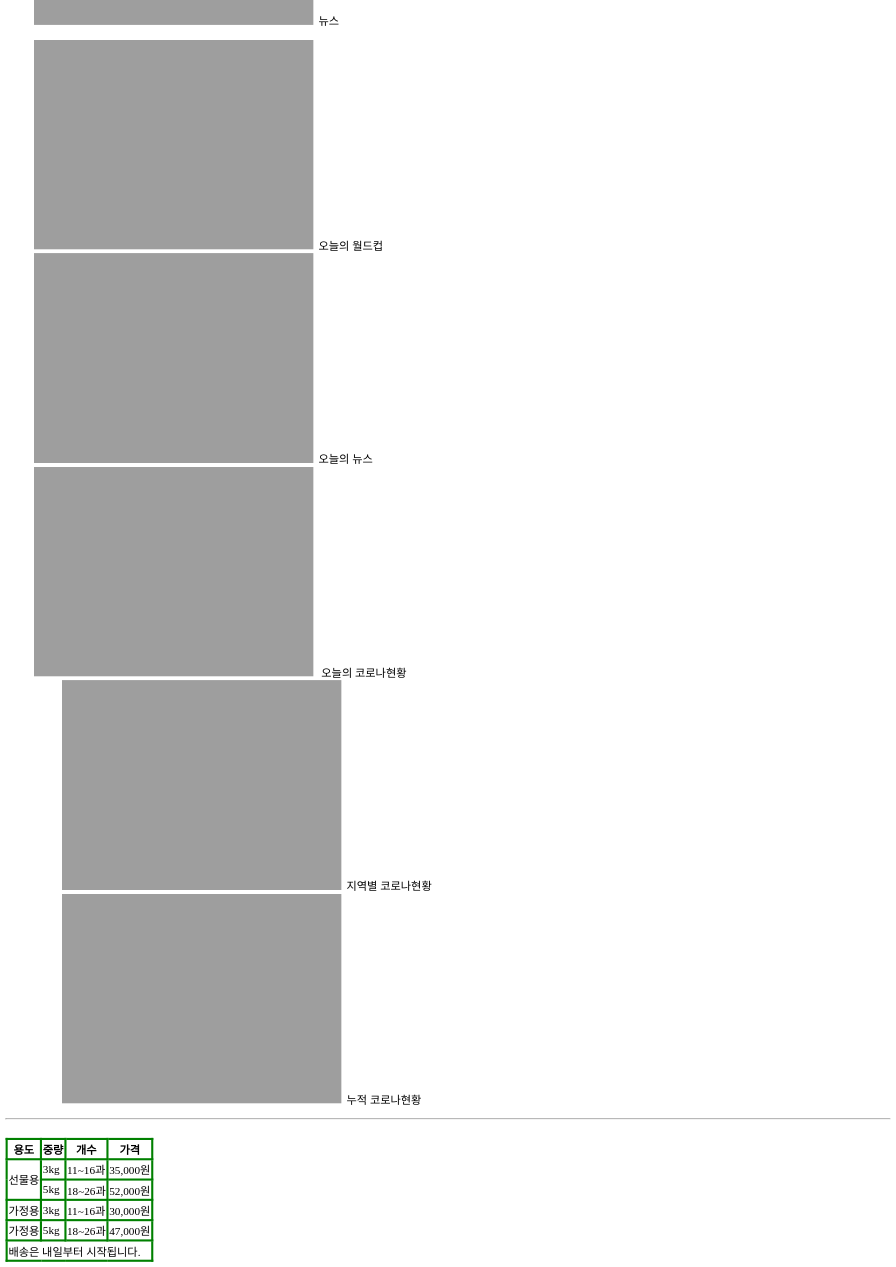
Repository: Kray273/JSLab
Page: css/src/main/webapp/Day97/textstyle.html
These files come from the project's save history. The page is drawn as it stood at one moment and after the next save; the edit follows.
The browser window is 1280 px wide. The pictures show the part of the page from y = 2242 to 4162 px (the page is 4052 px tall before and 4162 px after), at 70% of full size.

Above is the page before, as saved 2022-11-25 06:30:29.

### css/src/main/webapp/Day97/textstyle.html
<!DOCTYPE html>
<html>
<head>
<meta charset="UTF-8">
<title>Text_Style</title>

<style type="text/css">

	/* #target{text-xxx} */
	#target{
		/* style */
		font-family: 감자, sans-serif, monospace;
		/*감자라는 글씨체가 없음으로 sans-serif적용 */
		/* monospace는 글 간격을 통일하게 잡는 속성 */
		font-size: /* 70px */ /* 200%; */ 2em;
		font-style: italic;
		font-weight: bold;
		color: /* red; */ rgba(255,255,0,0.1);
		background-color: #8977AD;

		/* position */
		text-align: center; /* text 가로 정렬 */
		width: 700px; /* 크기의 너비 지정 */
		height: 200px; /* 크기의 높이 지정 */
		line-height: 200px; /* 한줄의 크기 */

		/* decoration */
		text-decoration: overline;
		/* text-shadow: x위치 y위치 음영흐리기 색; */
		text-shadow: 3px 3px 15px red;

		/* transform */
		font-variant: small-caps; /* 대문자로 변환 */
		/*text-transform: uppercase; = 상동 */

	}

@import url('https://fonts.googleapis.com/css2?family=Nanum+Pen+Script&display=swap');
	#google {
		font-family: 'Nanum Pen Script', cursive;
	}

	#link {
		text-decoration: line-through;
		text-shadow: -5px -5px 15px green;
		text-transform: lowercase;
		}

	/* 목록 스타일 */
	ol{
		list-style-type: square;
	}

	ul {
		list-style-type: upper-alpha;
	}

	ol, ul{ /* 동일한 수준의 선택자는 덮어써짐. */
		list-style-type: none;
		list-style-image: url('google.png');
		list-style-position: inside;
	}

	/* 표스타일 */
	table,td,th{
		border: 3px solid green;
		border-collapse: collapse;

	}
</style>
</head>
<body>

<p>제목 1 웅진 채용 과정 html css javascript</p>
<h1 id="target"> 제목 1 html css javascript</h1>
<h1 id="google"> 제목 2 클라우드기반 웹개발 과정</h1>
<h1><a href="#" id="link">LinK링크동작테스트</a></h1>
<hr>
<ol type="A">
	<li>메일</li>
	<li>까페</li>
	<li>뉴스</li>
</ol>

<ul type="square">
	<li>메일</li>
	<li>까페</li>
	<li>뉴스</li>
</ul>

<ol>
	<li>오늘의 월드컵</li>
	<li>오늘의 뉴스</li>
	<li>
		오늘의 코로나현황
		<ol type="A">
			<li>지역별 코로나현황</li>
			<li>누적 코로나현황</li>
		</ol>
	</li>
</ol>

<hr>
<br>
<table>
		<thead>
			<tr>
				<th>용도</th>
				<th>중량</th>
				<th>개수</th>
				<th>가격</th>
			</tr>
		</thead>
		<tbody>
			<tr>
				<td rowspan="2">선물용	</td>
				<td>3kg</td>
				<td>11~16과</td>
				<td>35,000원</td>
			</tr>
			<tr>
				<td>5kg</td>
				<td>18~26과</td>
				<td>52,000원</td>
			</tr>
			<tr>
				<td>가정용	</td>
				<td>3kg</td>
				<td>11~16과</td>
				<td>30,000원</td>
			</tr>
			<tr>
				<td>가정용	</td>
				<td>5kg</td>
				<td>18~26과</td>
				<td>47,000원</td>
			</tr>
		</tbody>
		<tfoot>
			<tr>
				<td colspan="4">배송은 내일부터 시작됩니다.</td>
			</tr>
		</tfoot>
	</table>

</body>
</html>

After the next save:
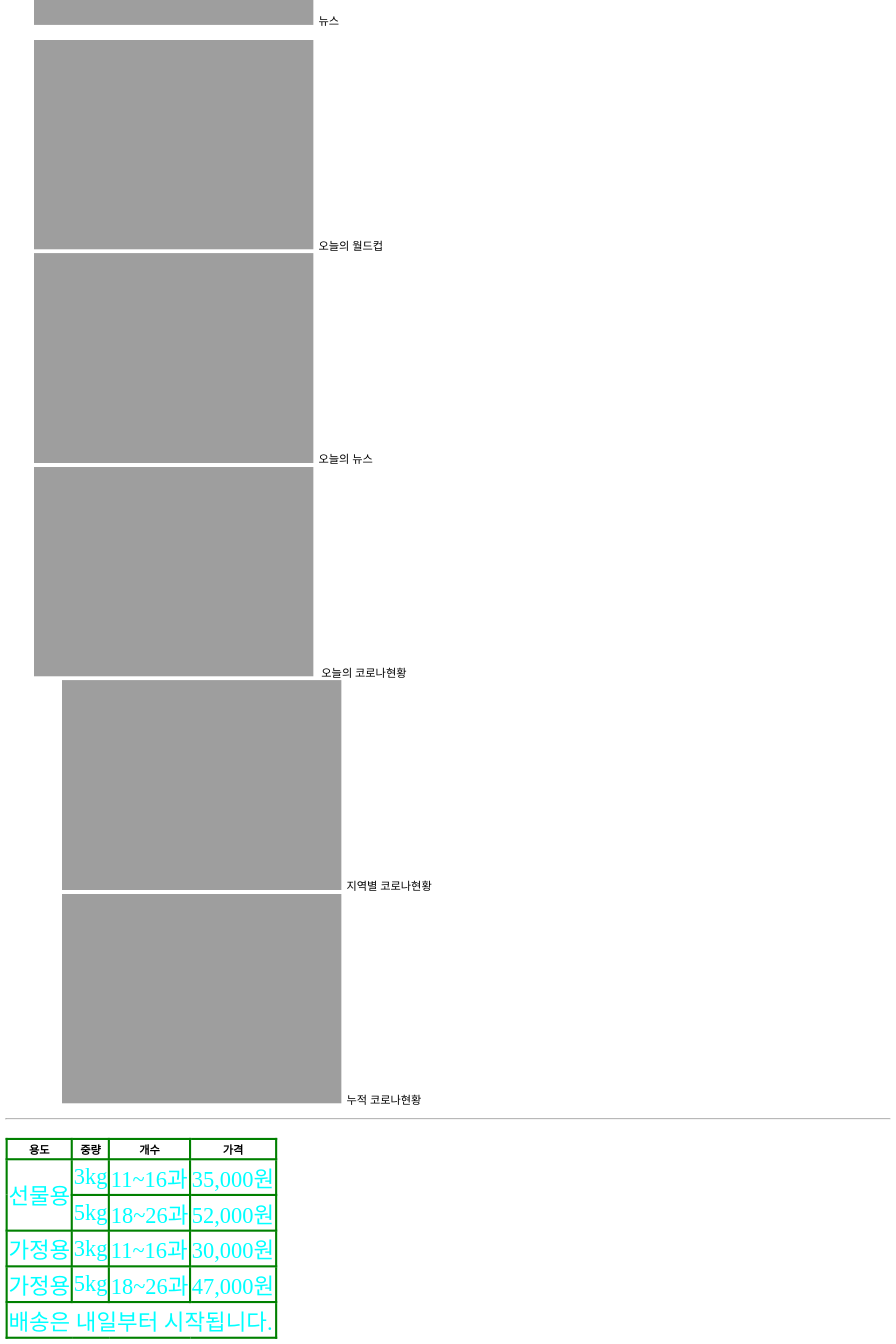
Saved 54 s later.
--- a/css/src/main/webapp/Day97/textstyle.html
+++ b/css/src/main/webapp/Day97/textstyle.html
@@ -65,8 +65,13 @@
 	table,td,th{
 		border: 3px solid green;
 		border-collapse: collapse;
+	}
 
+	td {
+		color: aqua;
+		font-size: 2em;
 	}
+
 </style>
 </head>
 <body>
